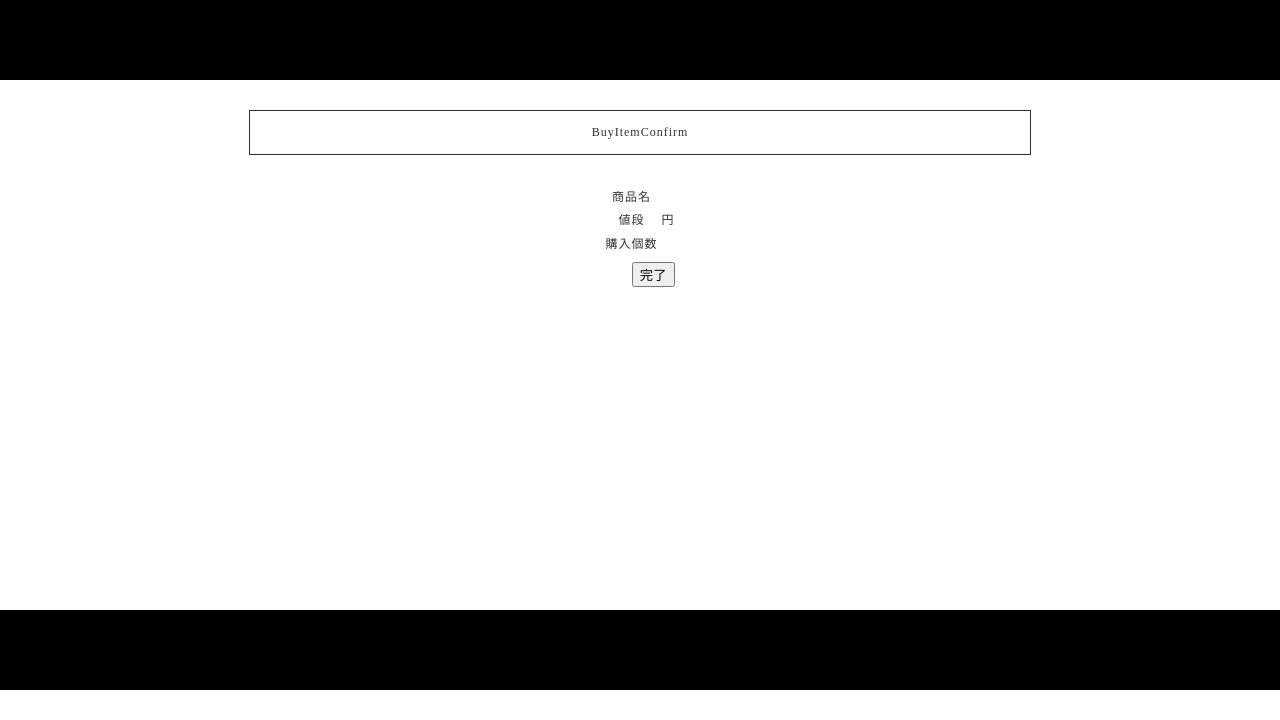
Repository: risalarson/test
Page: http://localhost/template2/buyItemConfirm.jsp
These files come from the project's save history. The page is drawn as it stood at one moment and after the next save; the edit follows.
The browser window is 1280 px wide. The pictures show the whole page.
The page is served by Tomcat 9.

Above is the page before, as saved 2019-04-19 04:10:32.

After the next save:
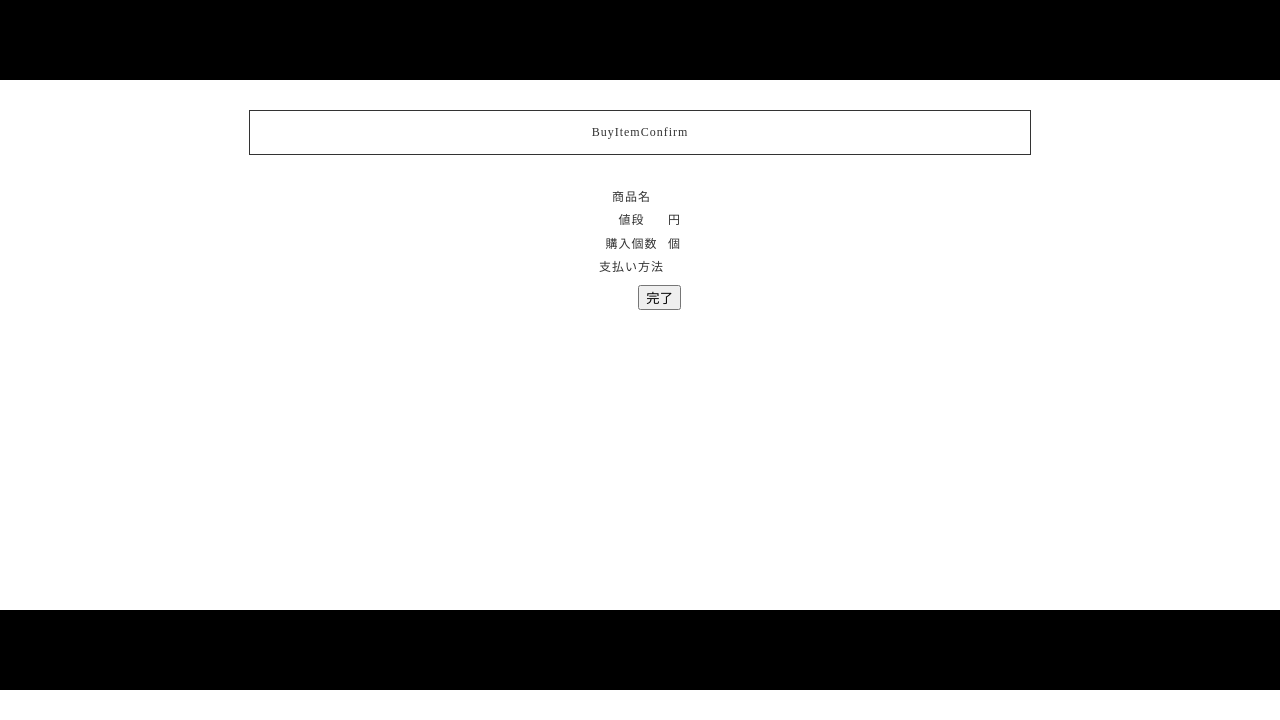
Saved 7 min 49 s later.
--- a/template2/WebContent/buyItemConfirm.jsp
+++ b/template2/WebContent/buyItemConfirm.jsp
@@ -78,12 +78,19 @@ clear:both;
 </tr>
 <tr>
 <td>購入個数</td>
+<td><s:property value="session.stock" />
+<span>個</span>
+</td>
+</tr>
+<tr>
+<td>支払い方法</td>
 <td><s:property value="session.pay" />
 </td>
 </tr>
 <tr>
 <td><s:submit value="完了" />
 </td>
+</tr>
 </table>
 </s:form>
 </div>
